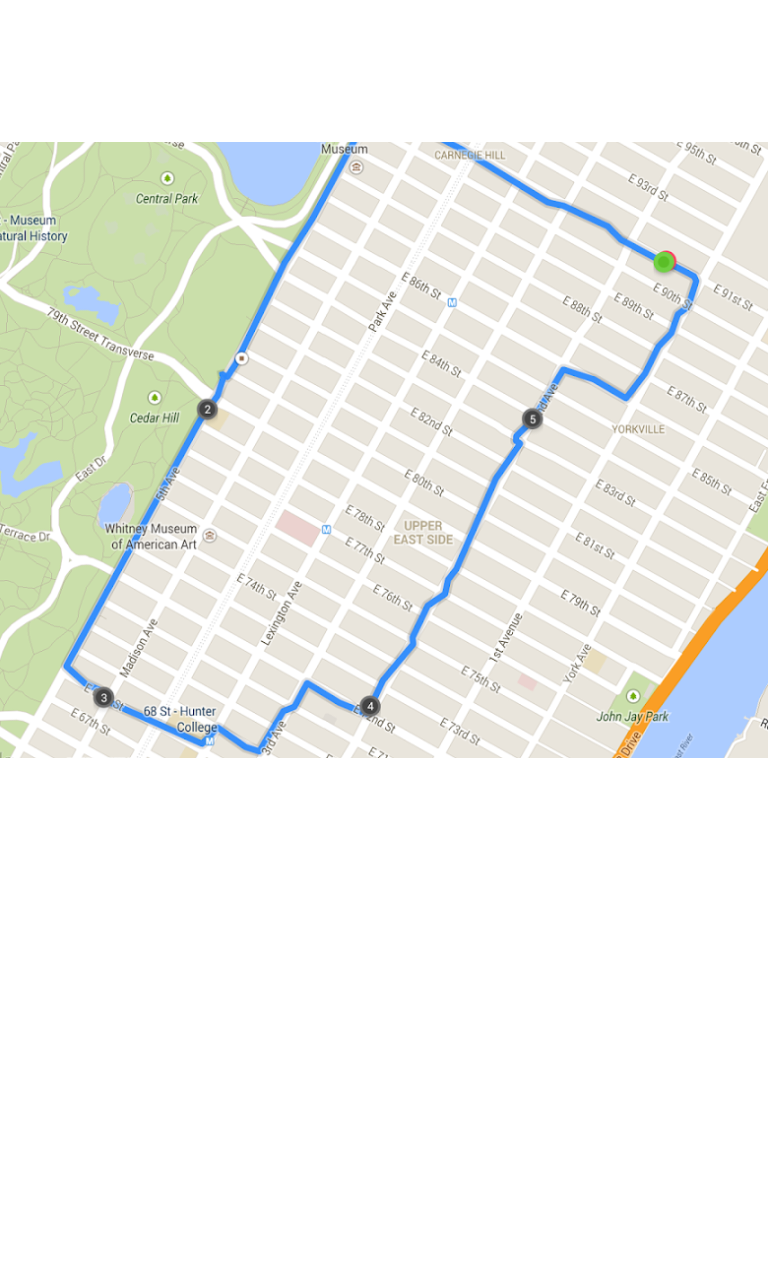
Repository: dekeym/Projet-IHM
Layout: WorkSpace/ChallengeMe/res/layout/fragment_activity.xml
The author's editor kept a copy of each file at every save. The layout is drawn from the files as they stood at one save, then again after the next save.
It is drawn on a 768 x 1280 px phone screen (xhdpi) without system bars, with theme android:Theme.Holo.Light.DarkActionBar; the app's code is not run.

Above is the layout before, as saved 2014-12-18 10:44:17.

After the next save:
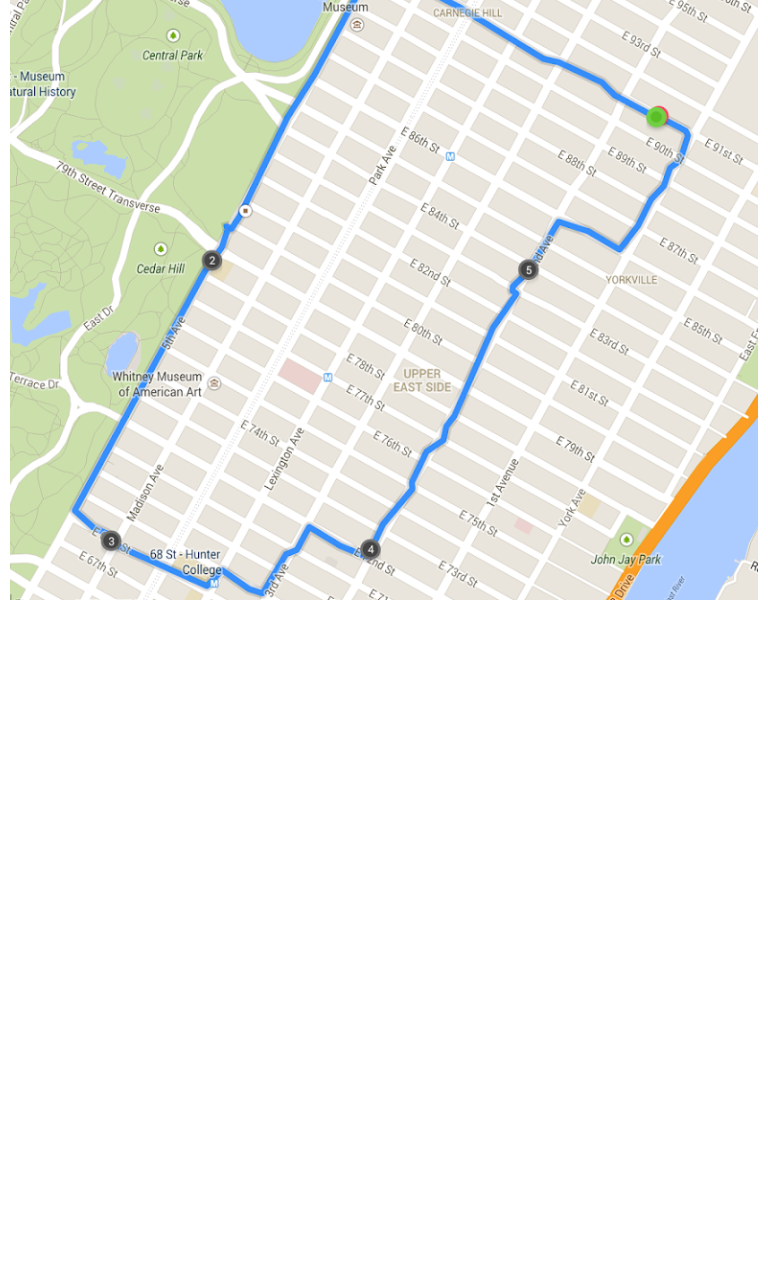
Saved 13 s later.
--- a/WorkSpace/ChallengeMe/res/layout/fragment_activity.xml
+++ b/WorkSpace/ChallengeMe/res/layout/fragment_activity.xml
@@ -22,7 +22,7 @@
     <ImageView
         android:id="@+id/imageView1"
         android:layout_width="500dp"
-        android:layout_height="450dp"
+        android:layout_height="300dp"
         android:layout_alignParentLeft="true"
         android:layout_alignParentTop="true"
         android:src="@drawable/map" />
